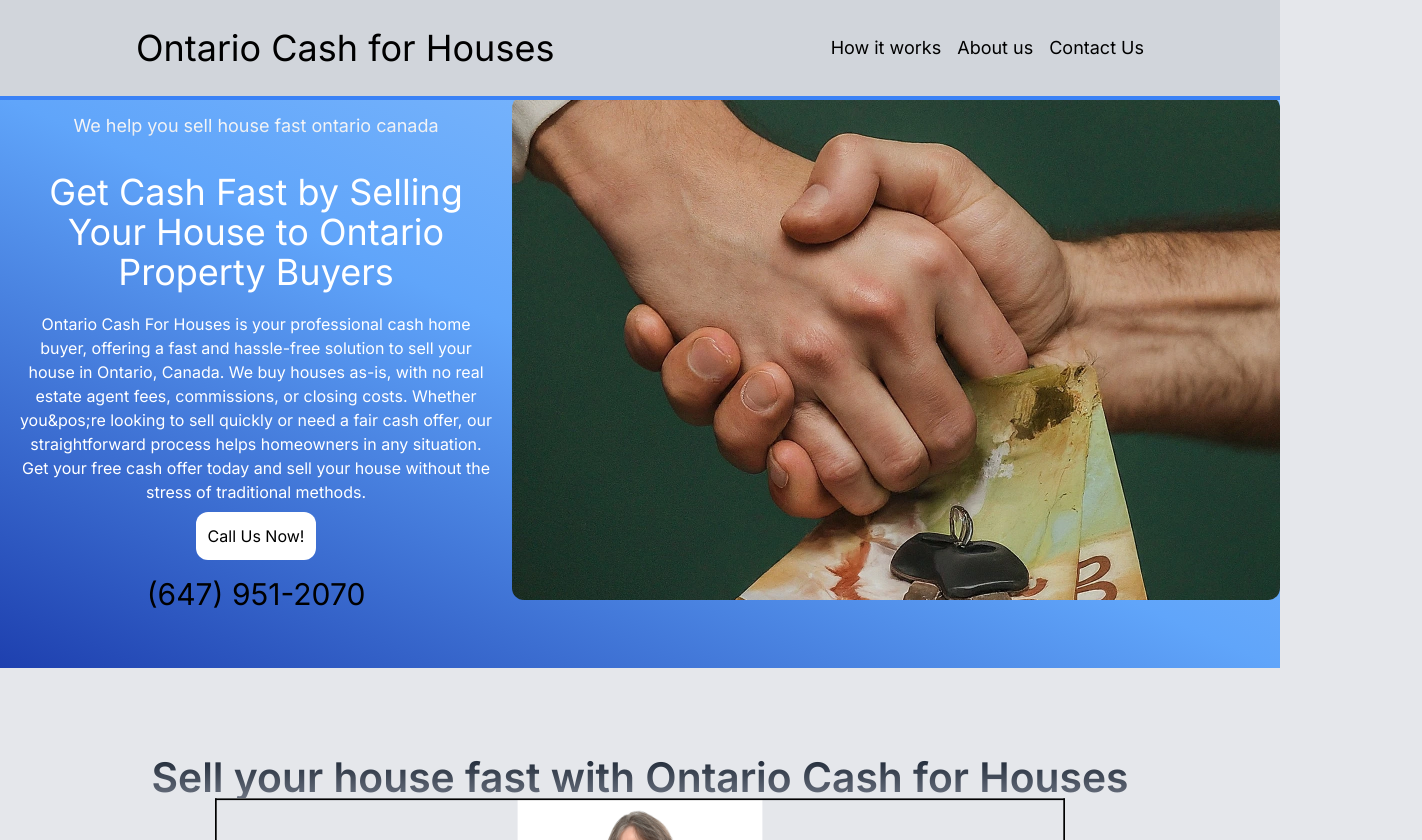
Repository: TMuse333/cash-for-homes
Page: / (app in frontend/)
These files come from the project's save history. The page is drawn as it stood at one moment and after the next save; the edit follows.
The browser window is 1280 px wide. The page is 1422 px wide, so the pictures cover 1422 px, including what lies to the right of the window. The pictures show the part of the page from y = 0 to 840 px (the page is 6581 px tall).
Pictures or frames that could not be fetched are drawn as grey boxes. The project was rebuilt for these pictures with package versions that can differ from the ones it lists, and the page was loaded fresh each time. The framework's server and built-in components were replaced by stand-ins that run in the browser. Also part of the build but not shown: frontend/next.config.mjs.

Above is the page before, as saved 2024-11-25 17:37:31.

### frontend/src/app/layout.tsx

import { AppProvider } from "@/context/context";
import type { Metadata } from "next";
import { Inter } from "next/font/google";
import "./globals.css";
import { SpeedInsights } from "@vercel/speed-insights/next"
import { Analytics } from "@vercel/analytics/react"

const inter = Inter({ subsets: ["latin"] });


<meta name="google-site-verification" content="XXaljy6jYzsr11VpxSUrTHYrn_MT1s8RGSu1o0RCFzU" />


export default function RootLayout({
  children,
}: Readonly<{
  children: React.ReactNode;
}>) {
  return (



    <html lang="en">
<AppProvider>


      <body className={inter.className}>{children}
      <Analytics/>
<SpeedInsights/>
      </body>
      </AppProvider>

    </html>

  );
}

### frontend/src/app/page.tsx
import Homepage from "./pageComponents/homepage";
import { Metadata } from "next";

export const metadata: Metadata = {
  title: "Ontario Cash for Houses",
  description: "Ontario Cash for houses gives quick cash offers for houses in any condition",
  keywords: "Ontario Cash For houses, sell house fast cash ontario canada",
  openGraph: {
    title: `Ontario Cash for Houses | sell cash fast house ontario ontario`,
    description: `Looking to sell cash fast house Ontario? Ontario Cash for Houses provides quick, hassle-free cash offers for homes in any condition across Ontario, Canada. Whether you're facing foreclosure, dealing with an inheritance, or want to skip the traditional real estate process, we buy houses as-is with no repairs or realtor fees. Get a fair cash offer today and close in as little as 7 days. Specializing in helping Ontario homeowners sell their property fast for cash, including areas like Windsor, Chatham, London, and Kitchener.`
,
    url: "https://www.ontariocashforhouses.com", // Default URL
    images: [
      {
        url: "", // Global Open Graph image
        width: 1200,
        height: 630,
        alt: "Cash for Houses"
      }
    ],
    type: "website",
    locale: "en_US",
    siteName: 'Ontario Cash for Houses | sell house fast cash ontario canada'
  },
  icons: {
    icon: ["/favicon.ico?v=4"
   ],

  },

}
const Home =()=> {





  return (

    <>



    <>

   <Homepage/>

  </>


  </>
  );
}


export default Home

### frontend/src/context/context.tsx
"use client"
import React, { createContext, useState, useContext, ReactNode, useEffect } from 'react';

interface AppContextType {

  isMobile:boolean,
  setIsMobile:React.Dispatch<React.SetStateAction<boolean>>
  textYPosition:number
  setTextYPosition:React.Dispatch<React.SetStateAction<number>>
  applicationFormState: Record<string, string>;
  setApplicationFormState: React.Dispatch<React.SetStateAction<Record<string, string>>>;
  loggedIn:boolean,
  setLoggedIn:React.Dispatch<React.SetStateAction<boolean>>
}

// Create the context
export const AppContext = createContext<AppContextType | undefined>(undefined);

// Create a provider component
export const AppProvider: React.FC<{ children: ReactNode }> = ({ children }) => {
  // Initialize state for login and user status


  const [isMobile, setIsMobile] = useState(false)
  const [applicationFormState, setApplicationFormState] = useState<Record<string, string>>({});
  const [loggedIn, setLoggedIn] = useState(false)


  useEffect(()=>{
    const handleScroll = () => {
      setIsMobile(window.innerWidth <= 655)
    }
    window.addEventListener('scroll',handleScroll)

    handleScroll()

    return () => {
      window.removeEventListener('scroll',handleScroll)
    }
  },[])


  const [textYPosition, setTextYPosition] = useState(0)

   const contextValue = {
    isMobile,
    setIsMobile,
    textYPosition,
    setTextYPosition,
    applicationFormState,
    setApplicationFormState,
    loggedIn, setLoggedIn
   }


  return <AppContext.Provider value={contextValue}>{children}</AppContext.Provider>;
};

// Custom hook to use context
export const useAppContext = (): AppContextType => {
  const context = useContext(AppContext);
  if (!context) {
    throw new Error('useAppContext must be used within an AppProvider');
  }
  return context;
};

### frontend/src/app/globals.css
@tailwind base;
@tailwind components;
@tailwind utilities;

:root {
  --foreground-rgb: 0, 0, 0;
  --background-start-rgb: 214, 219, 220;
  --background-end-rgb: 255, 255, 255;
  background-color: #e5e7eb;

}

@media (prefers-color-scheme: dark) {
  :root {
    --foreground-rgb: 255, 255, 255;
    --background-start-rgb: 0, 0, 0;
    --background-end-rgb: 0, 0, 0;
  }

}



body {
  color: rgb(var(--foreground-rgb));
  background: linear-gradient(
      to bottom,
      transparent,
      rgb(var(--background-end-rgb))
    )
    rgb(var(--background-start-rgb));



}

@layer utilities {
  .text-balance {
    text-wrap: balance;
  }
}

### frontend/src/components/navbar.tsx

"use client"
import React, { useState } from "react";
import Link from 'next/link'

interface NavbarProps {
    links: {
        name: string,
        destination: string
    }[]
    relative?:boolean
}

const Navbar: React.FC<NavbarProps> = ({ links,relative }) => {
    const [subMenuClicked, setSubMenuClicked] = useState(false);

    function handleSubmenuClick() {
        setSubMenuClicked(!subMenuClicked);
    }

    return (
        <nav className={` top-0 z-[20] w-screen left-0 bg-gray-300 h-[100px]
         flex justify-between items-center border-b-4 border-blue-500 text-gray-500
          z-[100] text-black ${relative ? 'relative' : 'fixed'}`}>
            <div className="relative flex justify-between
             items-center  w-screen lg:w-[80vw] max-w-[1300px] lg:justify-between lg:items-stretch
            z-[100]  ml-auto mr-auto">
                <Link href='/'>


                <p className="ml-2 text-sm mt-auto mb-auto  lg:text-4xl mr-auto lg:mr-0 pl-6 lg:pl-0 text-black
                ">Ontario Cash for Houses</p>
                </Link>
                <div
                    className={`absolute right-[5%] top-1/2 flex flex-col justify-center items-center lg:relative lg:top-auto lg:right-auto`}
                    onClick={handleSubmenuClick}
                >
                    <div className="   lg:hidden w-[140px] lg:w-auto flex flex-col justify-center items-center">
                        <div className="h-[3px] bg-gray-500 w-[20px] mb-1" />
                        <div className="h-[3px] bg-gray-500 w-[20px] mb-1" />
                        <div className="h-[3px] bg-gray-500 w-[20px]" />
                    </div>
                    <ul
                        className={`text-left bg-gray-200 fixed right-[5%] top-[70px] overflow-hidden
                         transition-[height] flex flex-col items-center text-white

                          justify-center rounded-lg w-[140px]
                           lg:bg-transparent lg:w-auto lg:relative lg:overflow-auto
                           lg:top-auto lg:right-auto lg:flex-row
                           text-center
                            ${subMenuClicked ? `h-[175px] p-0
                            border-l-4
                         border-b-4 border-r-4 border-gray-500` : 'h-[0px] p-0 lg:h-auto'}
                         lg:border lg:border-none`}
                    >
                        {links.map((link, index) => (
                            <Link key={index} href={link.destination}>
                                <li className="text-md lg:text-lg mb-2
                                 pl-2 pr-2 lg:mb-0 text-black
                                 hover:text-blue-500 ">{link.name}</li>
                            </Link>
                        ))}
                    </ul>
                </div>
            </div>
        </nav>
    );
};

export default Navbar;

### frontend/src/components/imageHero.tsx
"use client"

import React, { useState, useEffect } from "react";
import Link from 'next/link'
import Image from "next/image";
import handshake from '../../public/handshake.webp'


interface HeroProps {
    images:{
        src:string,
        alt:string
    }[]
}

const ImageHero: React.FC<HeroProps> = ({ images }) => {
    const [currentImageIndex, setCurrentImageIndex] = useState(0);

    useEffect(() => {
        const interval = setInterval(() => {
            // Calculate the index of the next image
            const nextImageIndex = (currentImageIndex + 1) % images.length;
            setCurrentImageIndex(nextImageIndex);
        }, 3000); // Change image every 3 seconds

        return () => clearInterval(interval); // Clear the interval on component unmount
    }, [currentImageIndex, images.length]);

    return (
        <header className="flex w-screen flex flex-col relative
        mt-8 sm:mt-5 overflow-x-hidden
        md:flex-row
        pb-10 h-screen md:h-auto
        bg-gradient-to-tr from-blue-800 via-blue-400 to-blue-300 ">
            <div className="md:w-[40vw] relative
            md:flex md:flex-col md:justify-start md:items-center
            mb-8 text-center mt-auto mb-auto">
{/*  after:absolute after:left-1/2 after:-translate-x-1/2 after:bottom-[-5px] after:h-[2px] after:w-4/5 after:bg-gray-underline */}

<h1 className="relative text-4xl mb-4 mt-4 text-sm sm:text-md md:text-lg bg-gradient-to-b from-white to-gray-200 bg-clip-text text-transparent
">
 We help you sell house fast ontario canada
</h1>

            <h2 className="mt-4  pr-4 pl-4 mb-5 text-white
            text-2xl sm:text-3xl md:text-4xl">Get Cash Fast by Selling Your House to Ontario Property Buyers</h2>

            <p className="text-white px-4 mb-2">
            Ontario Cash For Houses is your professional cash home buyer, offering a fast and hassle-free solution to sell your house in Ontario, Canada. We buy houses as-is, with no real estate agent fees, commissions, or closing costs. Whether you&pos;re looking to sell quickly or need a fair cash offer, our straightforward process helps homeowners in any situation. Get your free cash offer today and sell your house without the stress of traditional methods.
            </p>
            {/* <p className="text-2xl mb-4 sm:text-3xl">Place address Here</p> */}
            <Link href='contact'
            passHref>


            <button className="bg-white
             p-3
            rounded-xl hover:text-white hover:bg-gradient-to-b from-gold-light to-gold-dark
            transition-all text-black">
                Call Us Now!
            </button>
            </Link>
            <h3 className="mt-4 text-xl mb-4 sm:text-2xl md:text-3xl">(647)&nbsp;951-2070</h3>
            </div>

            <div className=" h-[70vh]  relative
            md:w-[60vw]">

                    <Image
                    priority
                    width={600}
                    height={1300}

                        src={handshake}
                        alt={'Sell cash for house quick handshake'}
                        className={`w-full h-[68%] md:h-full top-0 object-cover
                         absolute  object-center opacity-1  transition-opacity rounded-xl
                          duration-1000 `}
                    />

            </div>
        </header>
    );
};

export default ImageHero;

### frontend/src/components/slidingText.tsx
import React, { useRef, useEffect } from "react";
import { motion, useScroll, useTransform } from "framer-motion";
import { useAppContext } from "@/context/context";

interface TextProps {
    text: string;
    setSlideComplete?: React.Dispatch<React.SetStateAction<boolean>>;
}

const SlidingText: React.FC<TextProps> = ({ text, setSlideComplete }) => {
    // Reference to the target element to track scroll position
    const targetRef = useRef(null);

    // Get scroll progress relative to the targetRef
    const { scrollYProgress } = useScroll({
        target: targetRef,
        offset: ["end end", "end start"], // Adjust these offsets as needed
    });

    const {isMobile} = useAppContext()

    // Transform scroll progress to x position, scale, and opacity
    const x = useTransform(scrollYProgress, [0, 0.5], [350, 0]); // Adjust as needed
    const opacity = useTransform(scrollYProgress, [0, 0.2, 0.55], [0, 0.0, 1]);

    // Monitor changes in the `x` value and set `setSlideComplete` to true when x reaches 0
    useEffect(() => {
        const unsubscribe = x.on("change", (latestX) => {
            if (latestX === 0 && setSlideComplete) {
                setSlideComplete(true);
            }
        });

        // Cleanup subscription on unmount
        return () => unsubscribe();
    }, [x, setSlideComplete]);

    return (
        <div ref={targetRef}>
            <motion.h2
                className="text-2xl  bg-gradient-to-b from-gray-800 to-gray-500 bg-clip-text text-transparent
                text-4xl sm:text-5xl font-semibold text-center relative px-4"
                style={{ x, opacity }} // Apply the animated styles
            >
                {text}
            </motion.h2>
        </div>
    );
};

export default SlidingText;

### frontend/src/components/closer.tsx
"use client"

import React, { useState} from "react";
import Link from "next/link";
import {motion} from 'framer-motion'
import {useIntersectionObserver} from './intersectionObserver'

interface Props {
    image:string,
    title:string,
    description:string,
    buttonText:string,
    destination:string

}

const Closer: React.FC<Props> = ({image,title,description,
destination,buttonText}) => {

    const [inView, setInView] = useState(false)

    const options = {
        root: null,
        rootMargin: '0px',
        threshold: 0.6,
      };

      // Use the custom hook to get a ref and observe intersection
      const componentRef = useIntersectionObserver(setInView, options);

      const variants = {
        initial:{
            opacity:0,
            x:-100
        },
        animate:{
            x:0,
            opacity:1,
            transition:{
                opacity:{
                    duration:0.5
                }
            }
        }

      }

      const textVariants = {
        initial:{
            y:-20,
            opacity:0
        },
        animate:{
            opacity:1,
            y:0,
            transition:{
                delay:0.5
            }
        }
      }

    return (
        <motion.section ref={componentRef}

        className={`w-screen text-white h-[600px]
        relative flex flex-col items-center justify-center
        bg-center
        `}
        variants={variants}
        initial='initial'
        animate={inView ? 'animate' : 'initial'}
        >
            <img src={image}
            alt="A background image of cash to signifies how you cash sell your houses fast for cash with ontario cash for houses"
            className='absolute w-full h-full
            object-cover'
                style={{
                    filter:'brightness(0.6)'
                }}
            />

            <motion.div className="-mt-12 relative z-[4]"
              variants={textVariants}
              initial='initial'
              animate={inView ? 'animate' : 'initial'}>
            <motion.h4

            className="pl-4 text-3xl  ">{title}
            </motion.h4>

            <p className="mt-4 text-left pl-4 pr-4
            max-w-[800px] sm:text-xl ">{description}</p>

            <Link href={destination}
            passHref>
                <button className="mt-6 text-black
                bg-white ml-4 hover:bg-blue-500
                transition-all hover:text-white
                hover:scale-[1.05] p-3
                rounded-xl">
                Call Us Now!
                </button>
            </Link>
            </motion.div>
        </motion.section>
    )
}

export default Closer

### frontend/src/components/footer.tsx
"use client"

import React, {useEffect, useState} from 'react';
import Link from 'next/link';
import {useMotionTemplate, useMotionValue,
    animate } from "framer-motion";
// import ScrollButton from './scrollButton';


interface links {
    links:{
        name:string,
        destination:string,
        hasScroll?:boolean
    }[]


}

// interface FooterLink {
//     title: string;
//     links: Link[];
// }

// interface FooterProps {
//     links: FooterLink[];
// }

const colors = [
    "#0080ff", // Slightly darker shade of blue
    "#00ccff", // Lighter shade of blue
    "#7f5af0", // Slight purple shade
    "#d8a5ff", // Lighter shade of the slight purple
  ];


const Footer:React.FC<links> = ({links}) => {

    const color = useMotionValue(colors[0])

    // const pColor = useMotionTemplate`${color}`

    const backgroundColor = useMotionTemplate`${color}`

    const boxShadow = useMotionTemplate`0px 4px 24px ${color}`

    const [hovered, setHovered] = useState(false)

    const handleMouseEnter = () => {
        setHovered(true)
    }

    const handleMouseLeave = () => {
        setHovered(false)
    }

            useEffect(()=> {
                animate(color, colors, {
                    ease: 'easeInOut',
                    duration:10,
                    repeat:Infinity,
                    repeatType: 'mirror'

               })
            },[])


  return (
    <>
    <footer className='w-[calc(100vw-5px)]
      relative
  pb-12
      ml-auto mr-auto
      text-center
     bg-gray-500
    '>
      <div className="
      pt-8
      w-[screen] md:w-[50vw] max-w-[700px] ml-auto mr-auto flex flex-col
       ">
        <h2 className='
        text-4xl sm:text-5xl
        mb-4   white font-caveat'>
            Site Map
        </h2>


        {links.map((link,index) => (
             <React.Fragment
             key={index}>



                <Link key={index}
                href={link.destination}
                passHref>
                     <p className='mt-2 text-white hover:text-[#00bfff] md:text-xl hover:text-gold
                '>{link.name}</p>
                </Link>



</React.Fragment>


        ))}






      </div>

      <section className='flex flex-col
       items-center justify-center
     '>

<a
  href='https://www.focusflowsoftware.com'
  target='_blank'
  rel='noopener noreferrer'
  className='mt-6 sm:text-2xl text-white hover:text-[#00bfff]'
>
  Created by FocusFlow Software
</a>

      {/* <Link
            to='https://q3designs.netlify.app'
            >
                <motion.p
                onMouseEnter={handleMouseEnter}
                onMouseLeave={handleMouseLeave}

                style={{
                    boxShadow: hovered ? boxShadow : "none",
                    backgroundColor: hovered ? 'white' : "transparent",
                    color:backgroundColor,
                }}
                className='w-[200px] ml-auto mr-auto mb-5 mt-5 p-3 rounded-xl
                '   >
                Created by Q3 Designs
                </motion.p>

            </Link> */}
            </section>
    </footer>

    </>
  );
};

export default Footer;

Loaded but not shown: frontend/tailwind.config.ts (common file); frontend/src/data/data.ts (539 lines, source omitted); frontend/src/components/circleInfographic.tsx (273 lines, source omitted); frontend/src/components/experienceCard.tsx (194 lines, source omitted); frontend/src/app/pageComponents/homepage.tsx (185 lines, source omitted); frontend/src/components/testimonials.tsx (118 lines, source omitted); frontend/src/components/appearingSquare.tsx (141 lines, source omitted); frontend/src/components/scrollCarousel.tsx (138 lines, source omitted); frontend/src/components/intersectionObserver.tsx (132 lines, source omitted)

After the next save:
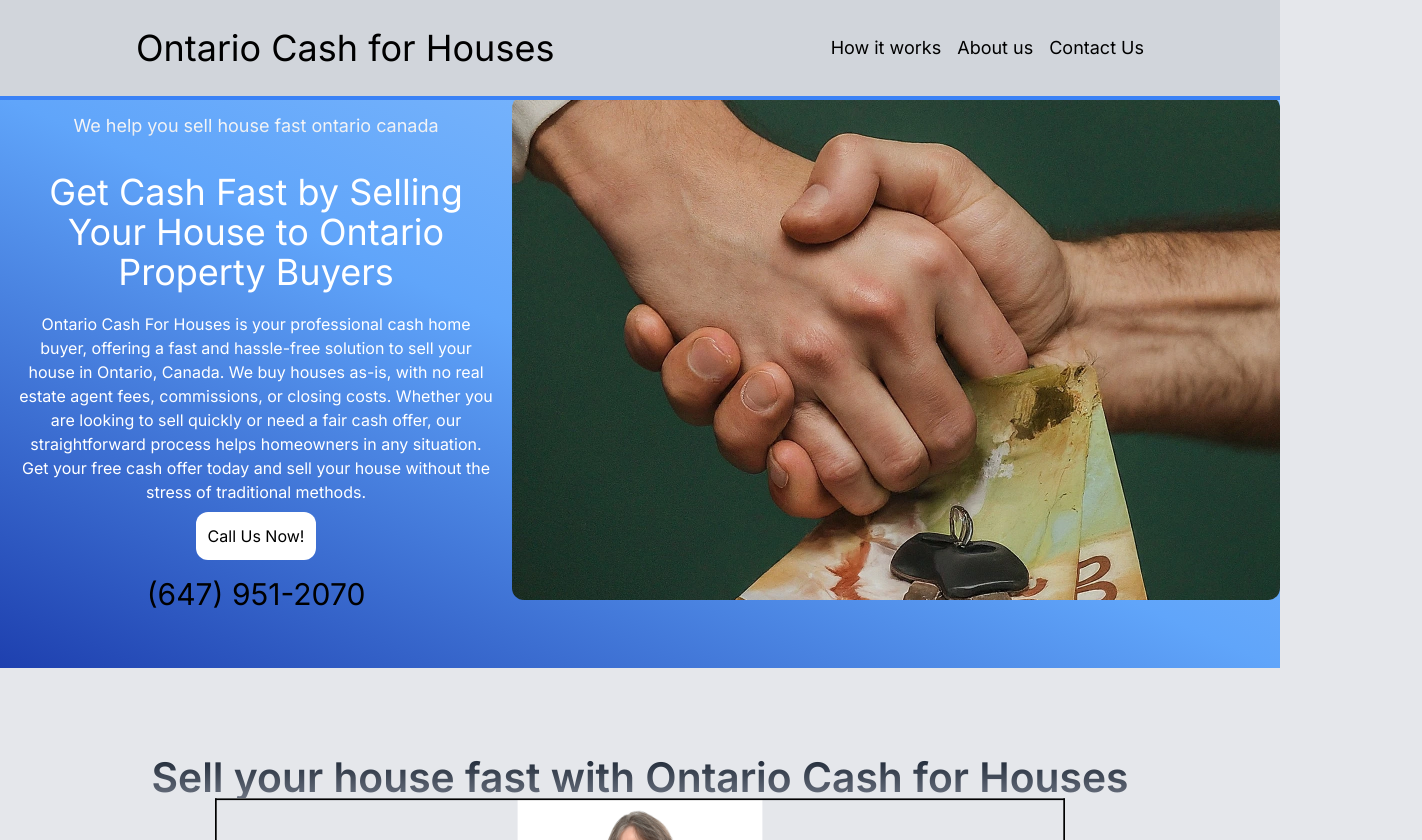
Saved 73 s later.
--- a/frontend/src/components/imageHero.tsx
+++ b/frontend/src/components/imageHero.tsx
@@ -46,7 +46,7 @@ const ImageHero: React.FC<HeroProps> = ({ images }) => {
             text-2xl sm:text-3xl md:text-4xl">Get Cash Fast by Selling Your House to Ontario Property Buyers</h2>
 
             <p className="text-white px-4 mb-2">
-            Ontario Cash For Houses is your professional cash home buyer, offering a fast and hassle-free solution to sell your house in Ontario, Canada. We buy houses as-is, with no real estate agent fees, commissions, or closing costs. Whether you&pos;re looking to sell quickly or need a fair cash offer, our straightforward process helps homeowners in any situation. Get your free cash offer today and sell your house without the stress of traditional methods.
+            Ontario Cash For Houses is your professional cash home buyer, offering a fast and hassle-free solution to sell your house in Ontario, Canada. We buy houses as-is, with no real estate agent fees, commissions, or closing costs. Whether you are looking to sell quickly or need a fair cash offer, our straightforward process helps homeowners in any situation. Get your free cash offer today and sell your house without the stress of traditional methods.
             </p>
             {/* <p className="text-2xl mb-4 sm:text-3xl">Place address Here</p> */}
             <Link href='contact'
